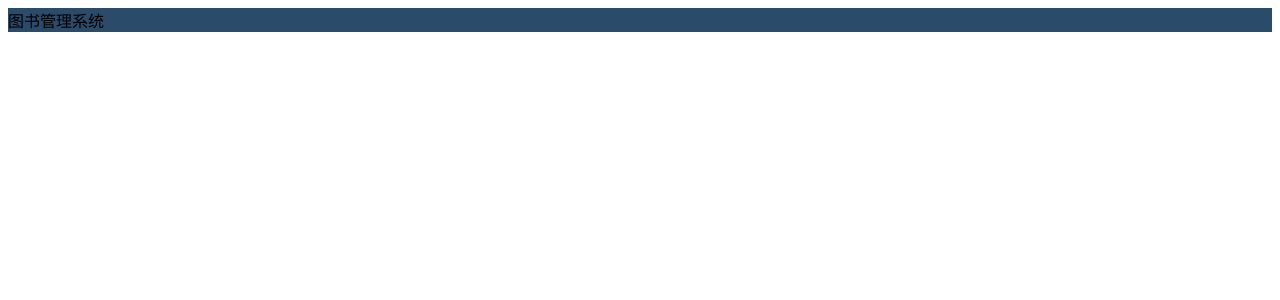
Repository: jacklihy/capgeminitestfrontend
Page: /
These files come from the project's save history. The page is drawn as it stood at one moment and after the next save; the edit follows.
The browser window is 1280 px wide. The pictures show the whole page.
The project was rebuilt for these pictures with package versions that can differ from the ones it lists, and the page was loaded fresh each time. Also part of the build but not shown: vue.config.js. Imported but missing from the stored project, and not drawn on this page: .

Above is the page before, as saved 2024-03-08 10:43:03.

### src/main.js
import Vue from 'vue'
import App from './App.vue'
import router from './router'
import store from './store'
import './plugins/element.js'
// import global css
import ''

Vue.config.productionTip = false

new Vue({
  router,
  store,
  render: h => h(App)
}).$mount('#app')

### src/App.vue
<template>
  <div id="app">
    <!-- Indicates the routing station -->
   <router-view></router-view>
  </div>
</template>

<script>
 export default{

 }
</script>

<style>

</style>

### src/router/index.js
import Vue from 'vue'
import VueRouter from 'vue-router'
import HeaderV from '@/components/header.vue'

Vue.use(VueRouter)

const routes = [
   {path : '/', component: HeaderV }
]

const router = new VueRouter({
  routes
})

export default router

### src/components/header.vue
<template>
    <div class="contentbg">
        图书管理系统
    </div>
</template>
<script>


export default ({

})
</script>
<style scoped>
.contentbg{
    background-color: #2b4b6b;
}
</style>

### src/assets/css/global.css
/* global css */
html, body, #app {
    height: 100%;
    margin: 0;
    padding: 0;
}

Loaded but not shown: public/index.html (common file); src/store/index.js (common file); src/plugins/element.js (common file)

After the next save:
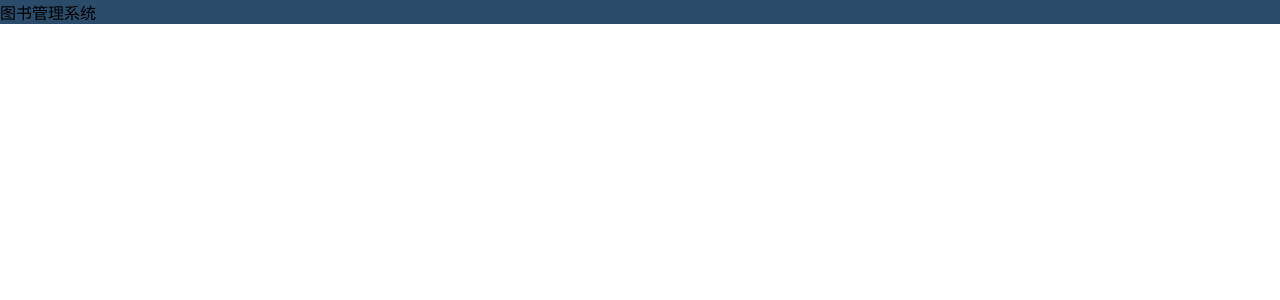
Saved 46 s later.
--- a/src/main.js
+++ b/src/main.js
@@ -3,8 +3,8 @@ import App from './App.vue'
 import router from './router'
 import store from './store'
 import './plugins/element.js'
-// import global css
-import ''
+/* import global css */
+import '@/assets/css/global.css'
 
 Vue.config.productionTip = false
 
